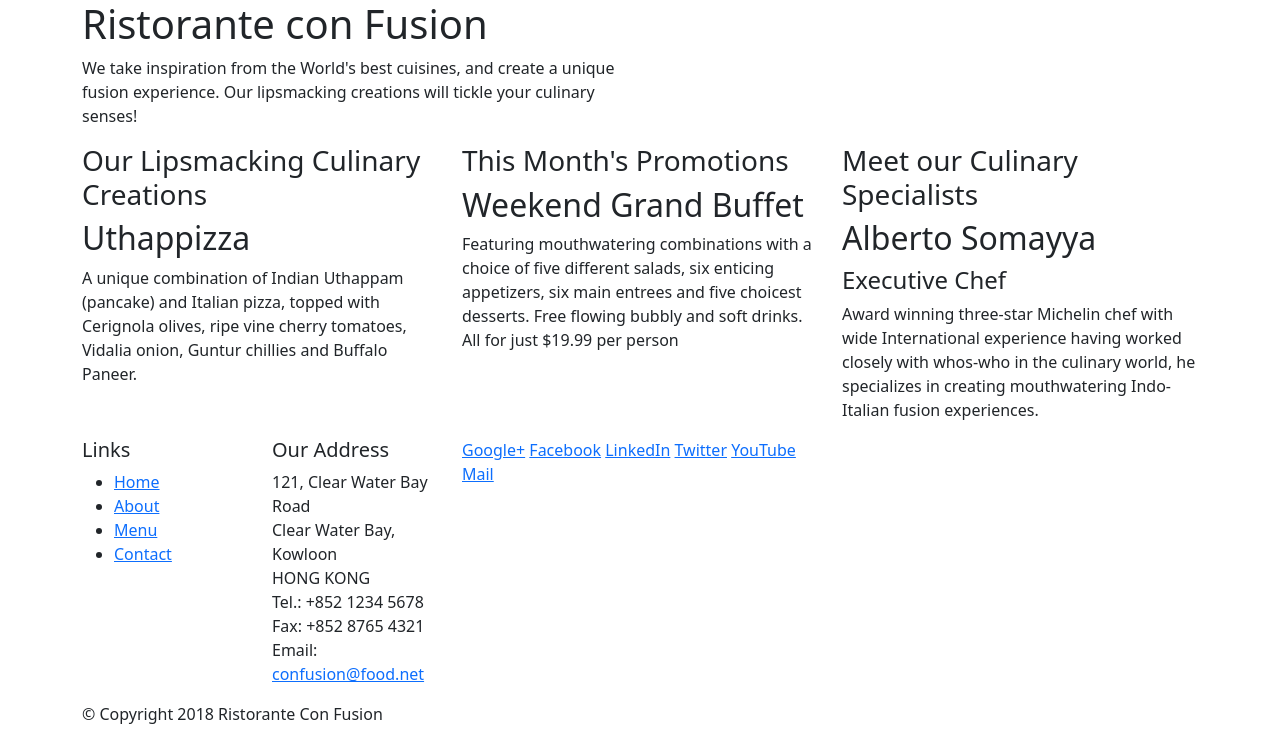
Repository: GiaBaooLe/Reactjs
Page: index.html
The author's editor kept a copy of each file at every save. The page is drawn from the files as they stood at one save, then again after the next save.
The browser window is 1280 px wide. The pictures show the whole page.
Some web libraries are served in a nearby version.

Above is the page before, as saved 2023-09-12 14:07:58.

### index.html
<!DOCTYPE html>
<html lang="en">
  <head>

    <!-- Required meta tags always come first -->
    <meta charset="utf-8" />
    <meta
      name="viewport"
      content="width=device-width, initial-scale=1, shrink-to-fit=no"
    />
    <meta http-equiv="x-ua-compatible" content="ie=edge" />
    <!-- Bootstrap CSS -->
    <link
      rel="stylesheet"
      href="node_modules/bootstrap/dist/css/bootstrap.min.css"
    />

    <title>Ristorante Con Fusio</title>
  </head>

  <body>
    <header class="jumbotron">
        <div class="container">
            <div class="row">


          <div class="col-12 col-sm-6">
            <h1>Ristorante con Fusion</h1>
            <p>
              We take inspiration from the World's best cuisines, and create a
              unique fusion experience. Our lipsmacking creations will tickle
              your culinary senses!
            </p>
          </div>
          </div>
        </div>


    </div>
    </header>

    <div class="container">
        <div class="row">
      <div class="col-12 col-sm-4 ">
        <div>
          <h3>Our Lipsmacking Culinary Creations</h3>
        </div>
        <div>
          <h2>Uthappizza</h2>
          <p>
            A unique combination of Indian Uthappam (pancake) and Italian pizza,
            topped with Cerignola olives, ripe vine cherry tomatoes, Vidalia
            onion, Guntur chillies and Buffalo Paneer.
          </p>
        </div>
      </div>


      <div class="col-12 col-sm-4 ">
        <div>
          <h3>This Month's Promotions</h3>
        </div>
        <div>
          <h2>Weekend Grand Buffet</h2>
          <p>
            Featuring mouthwatering combinations with a choice of five different
            salads, six enticing appetizers, six main entrees and five choicest
            desserts. Free flowing bubbly and soft drinks. All for just $19.99
            per person
          </p>
        </div>
      </div>

      <div class="col-12 col-sm-4 ">
        <div>
          <h3>Meet our Culinary Specialists</h3>
        </div>
        <div>
          <h2>Alberto Somayya</h2>
          <h4>Executive Chef</h4>
          <p>
            Award winning three-star Michelin chef with wide International
            experience having worked closely with whos-who in the culinary
            world, he specializes in creating mouthwatering Indo-Italian fusion
            experiences.
          </p>
        </div>
      </div>
    </div>
    </div>
</div>

    <footer>
      <div class="container">
        <div class="row">

          <div class="col-4 col-sm-2">
            <h5>Links</h5>
            <ul>
              <li><a href="#">Home</a></li>
              <li><a href="#">About</a></li>
              <li><a href="#">Menu</a></li>
              <li><a href="#">Contact</a></li>
            </ul>
          </div>
          <div class="col-4 col-sm-2">
            <h5>Our Address</h5>
            <address>
              121, Clear Water Bay Road<br />
              Clear Water Bay, Kowloon<br />
              HONG KONG<br />
              Tel.: +852 1234 5678<br />
              Fax: +852 8765 4321<br />
              Email: <a href="mailto:confusion@food.net">confusion@food.net</a>
            </address>
          </div>
          <div class="col-4 col-sm-">
            <div>
              <a href="http://google.com/+">Google+</a>
              <a href="http://www.facebook.com/profile.php?id=">Facebook</a>
              <a href="http://www.linkedin.com/in/">LinkedIn</a>
              <a href="http://twitter.com/">Twitter</a>
              <a href="http://youtube.com/">YouTube</a>
              <a href="mailto:">Mail</a>
            </div>
          </div>
        </div>
        <div>
          <div>
            <p>© Copyright 2018 Ristorante Con Fusion</p>
          </div>
        </div>
      </div>
    </footer>
  </body>
  <script src="node_modules/jquery/dist/jquery.slim.min.js"></script>
  <script src="node_modules/popper.js/dist/umd/popper.min.js"></script>
  <script src="node_modules/bootstrap/dist/js/bootstrap.min.js"></script>
</html>

After the next save:
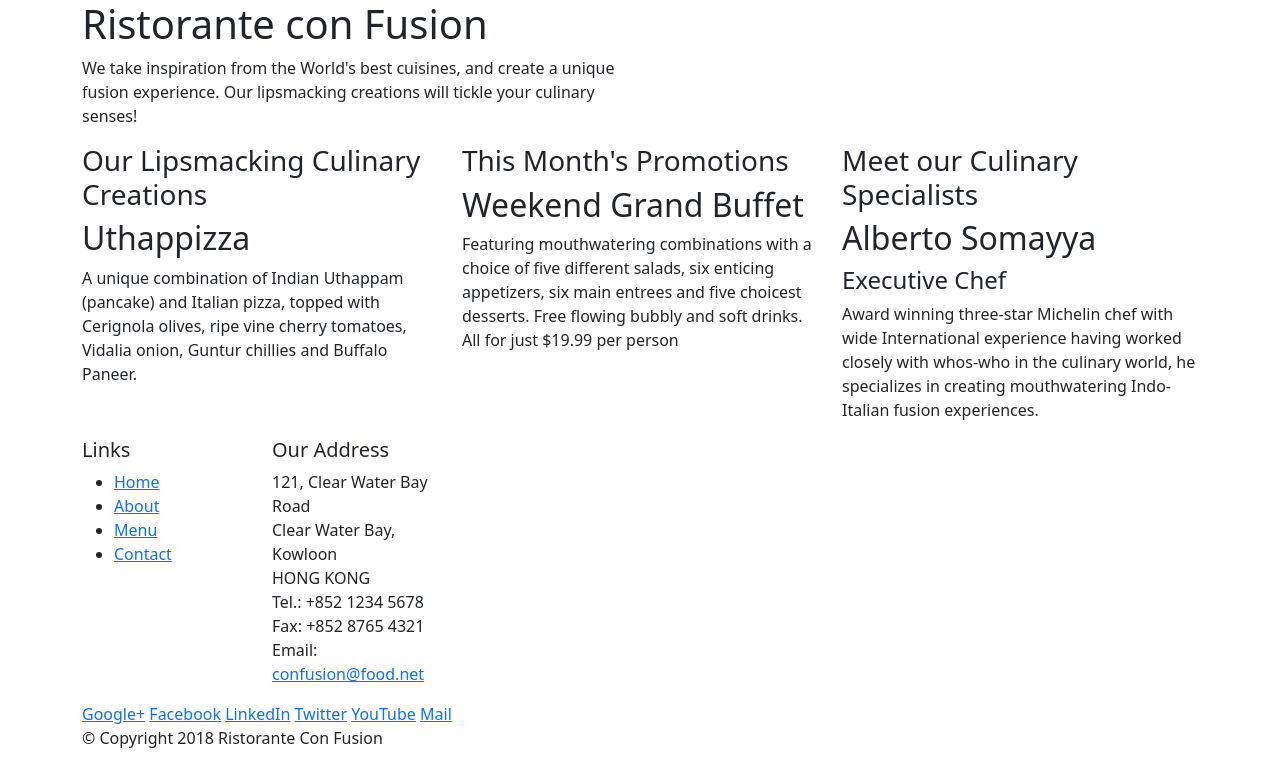
Saved 4 s later.
--- a/index.html
+++ b/index.html
@@ -114,7 +114,7 @@
               Email: <a href="mailto:confusion@food.net">confusion@food.net</a>
             </address>
           </div>
-          <div class="col-4 col-sm-">
+          <div class="col-12 col-sm-">
             <div>
               <a href="http://google.com/+">Google+</a>
               <a href="http://www.facebook.com/profile.php?id=">Facebook</a>
